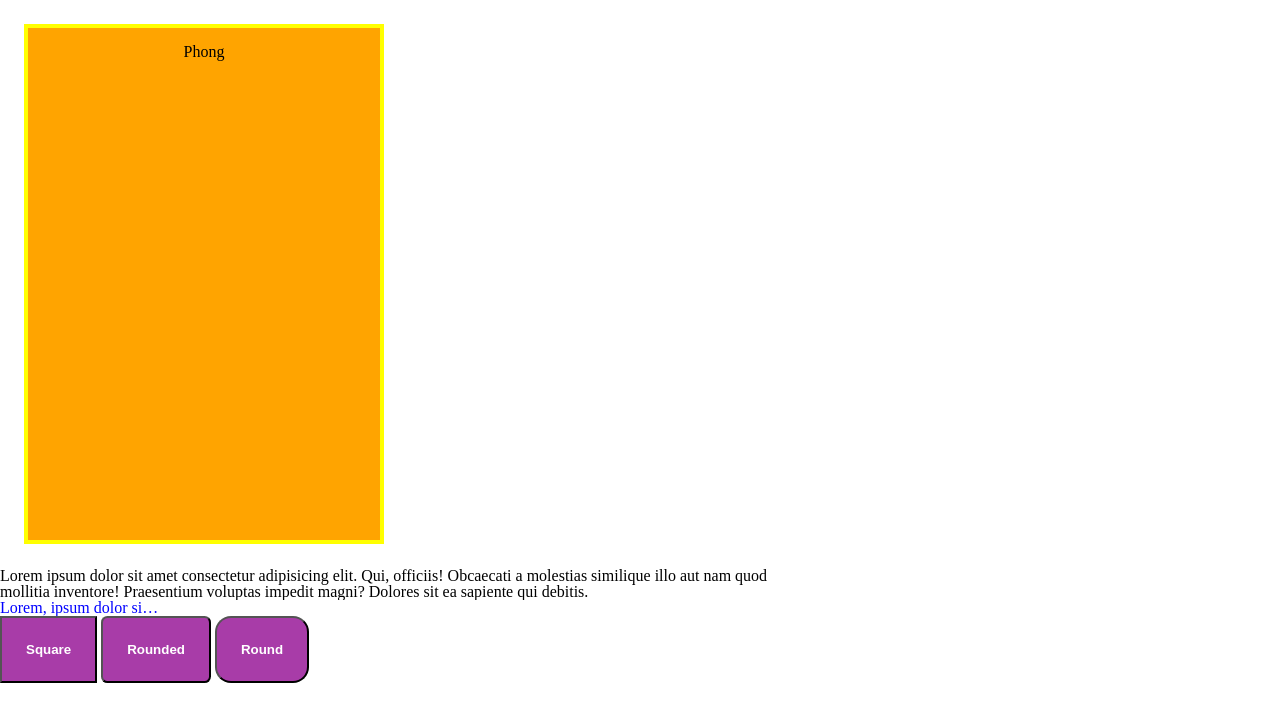
Repository: ThanhPhongsof/Css-Course
Page: index.html
An editor plug-in stored every save of this project. The page is shown before and after the next save, followed by the edit.
The browser window is 1280 px wide. The pictures show the whole page.

Above is the page before, as saved 2022-05-15 10:48:41.

After the next save:
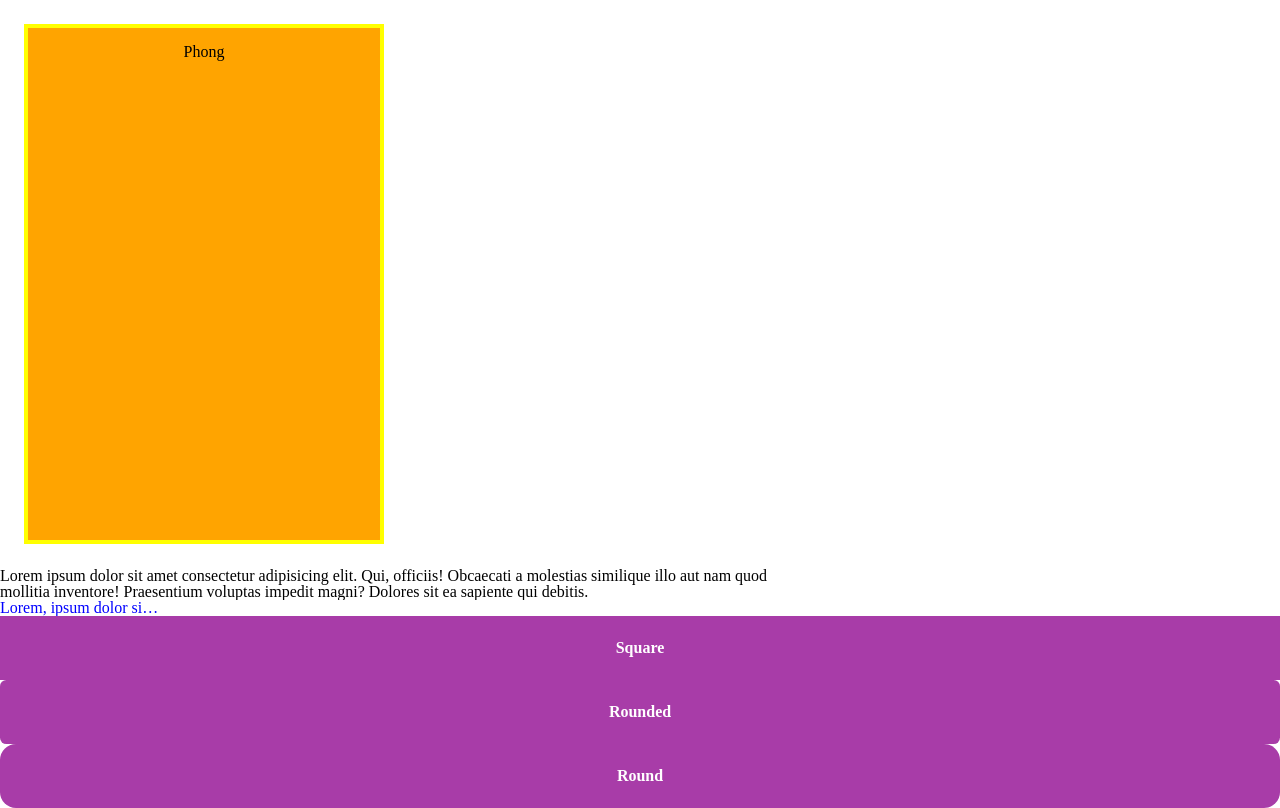
Saved 22 s later.
--- a/index.html
+++ b/index.html
@@ -24,9 +24,9 @@
     <!-- <div class="background"></div> -->
     <!-- <img src="/unsplash1.jpg" alt="" class="image" /> -->
     <div class="group-button">
-      <button class="button button--square">Square</button>
-      <button class="button button--rounded">Rounded</button>
-      <button class="button button--round">Round</button>
+      <div class="button button--square">Square</div>
+      <div class="button button--rounded">Rounded</div>
+      <div class="button button--round">Round</div>
     </div>
   </body>
 </html>
